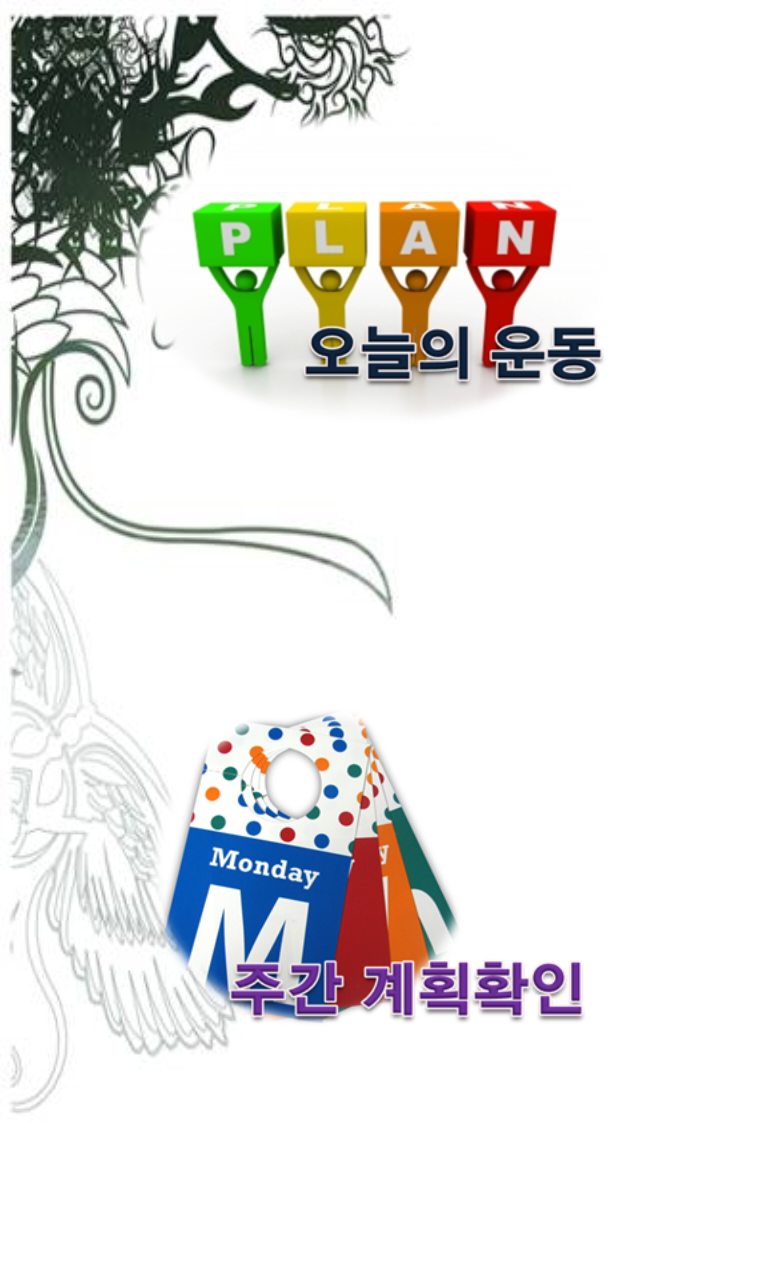
Repository: LewisLim579/2013TeamProject
Layout: PtsApp/res/layout/fschedule.xml
An editor plug-in stored every save of this project. The layout is shown before and after the next save, followed by the edit.
It is drawn on a 768 x 1280 px phone screen (xhdpi) without system bars, with theme android:Theme.NoTitleBar.Fullscreen; the app's code is not run.

Above is the layout before, as saved 2013-06-12 14:23:59.

### PtsApp/res/layout/fschedule.xml
<LinearLayout xmlns:android="http://schemas.android.com/apk/res/android"
    android:layout_width="fill_parent"
    android:layout_height="fill_parent"
    android:orientation="vertical"
    android:background="@drawable/back" >

    <LinearLayout
        android:layout_width="match_parent"
        android:layout_height="300dp"
        android:orientation="vertical" >

        <ImageButton
            android:id="@+id/btn1"
            android:layout_width="296dp"
            android:layout_height="wrap_content"
            android:layout_gravity="center"
            android:layout_marginBottom="10dp"
            android:layout_marginTop="50dp"
            android:background="#00000000"
            android:src="@drawable/today" />
    </LinearLayout>

   <LinearLayout
       android:layout_width="match_parent"
       android:layout_height="300dp"
       android:orientation="vertical" >

       <ImageButton
           android:id="@+id/btn2"
           android:layout_width="match_parent"
           android:layout_height="wrap_content"
           android:layout_marginBottom="10dp"
           android:layout_marginTop="50dp"
           android:background="#00000000"
           android:layout_gravity="center"
           android:src="@drawable/week" />
   </LinearLayout>

   <LinearLayout
       android:layout_width="wrap_content"
       android:layout_height="300dp"
       android:orientation="vertical" >

       <ImageButton
           android:id="@+id/btn3"
           android:layout_width="320dp"
           android:layout_height="wrap_content"
           android:layout_gravity="center"
           android:layout_marginBottom="10dp"
           android:layout_marginTop="50dp"
           android:background="#00000000"
           android:src="@drawable/reset" />
   </LinearLayout>

</LinearLayout>

After the next save:
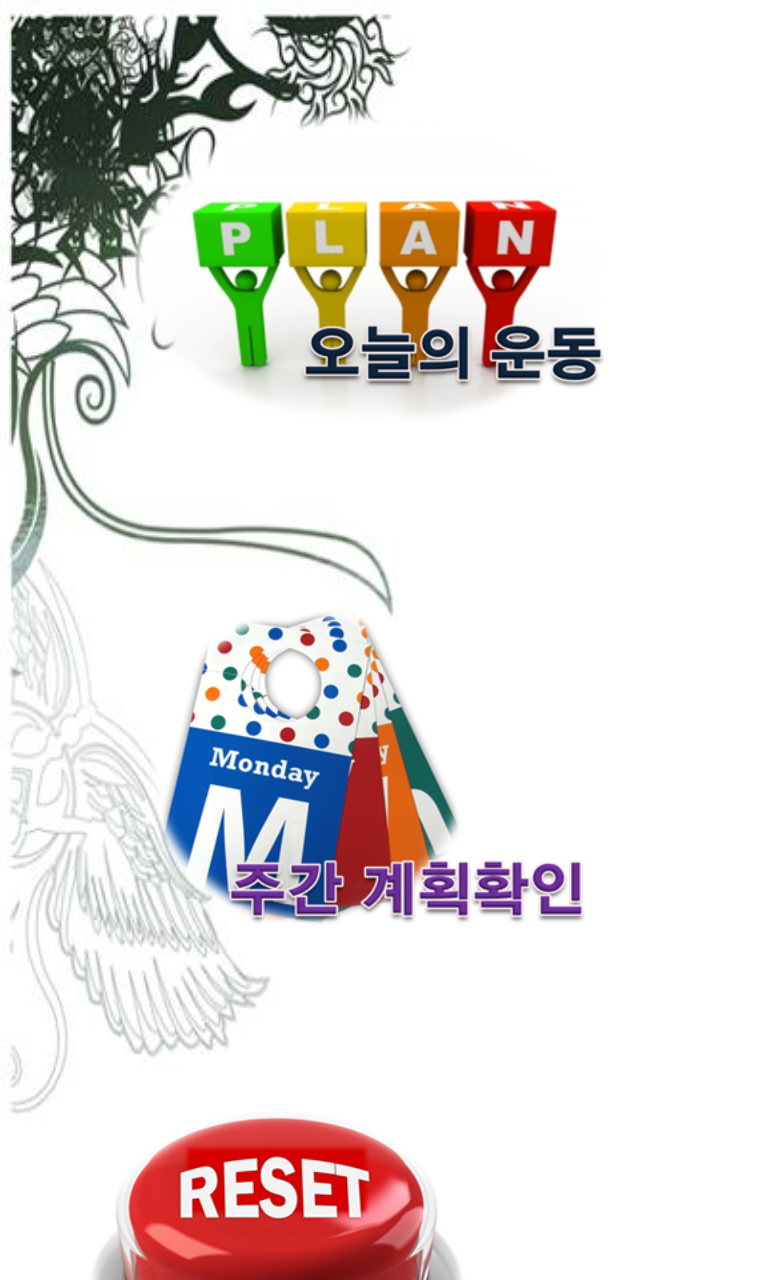
Saved 45 s later.
--- a/PtsApp/res/layout/fschedule.xml
+++ b/PtsApp/res/layout/fschedule.xml
@@ -6,7 +6,7 @@
 
     <LinearLayout
         android:layout_width="match_parent"
-        android:layout_height="300dp"
+        android:layout_height="250dp"
         android:orientation="vertical" >
 
         <ImageButton
@@ -22,7 +22,7 @@
 
    <LinearLayout
        android:layout_width="match_parent"
-       android:layout_height="300dp"
+       android:layout_height="250dp"
        android:orientation="vertical" >
 
        <ImageButton
@@ -38,7 +38,7 @@
 
    <LinearLayout
        android:layout_width="wrap_content"
-       android:layout_height="300dp"
+       android:layout_height="250dp"
        android:orientation="vertical" >
 
        <ImageButton
